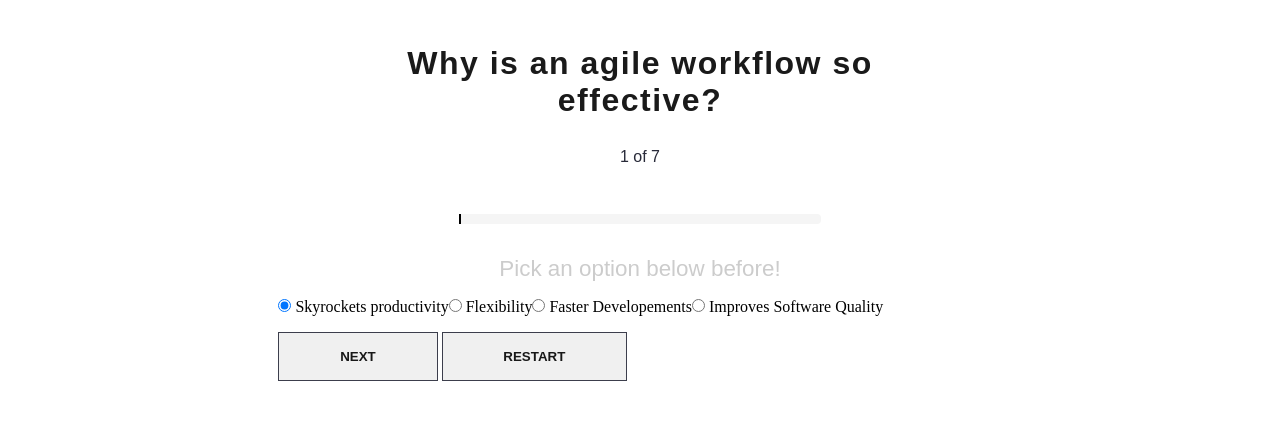
Repository: mukiSabljakovic/Quiz-APP
Page: index.html
An editor plug-in stored every save of this project. The page is shown before and after the next save, followed by the edit.
The browser window is 1280 px wide. The pictures show the whole page.
Some web fonts or font styles are not loaded; a fallback is used.

Above is the page before, as saved 2020-05-01 12:03:34.

After the next save:
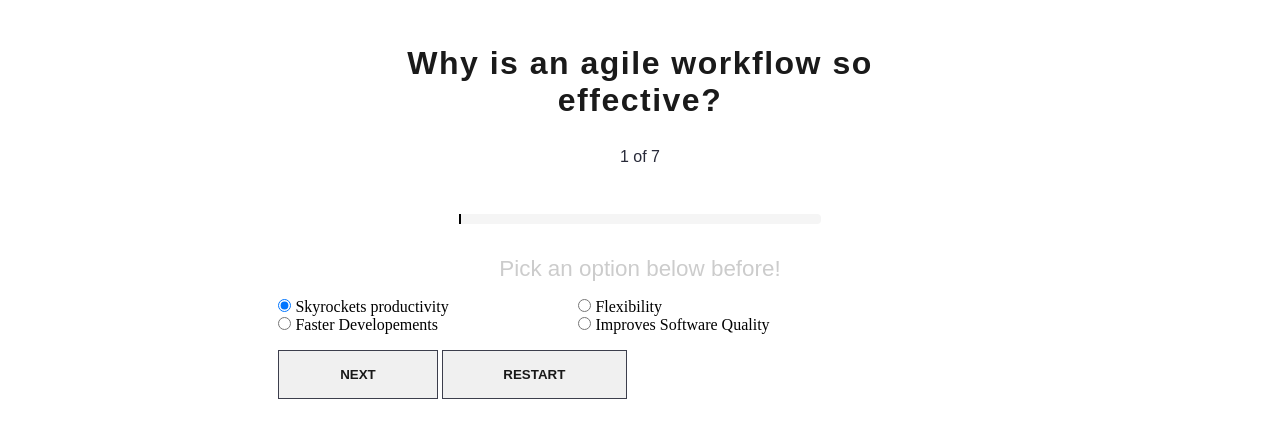
Saved 19 s later.
--- a/css/style.css
+++ b/css/style.css
@@ -100,5 +100,5 @@
 }
 
 .jabquiz__choice {
-    main-width: 300px;
+    min-width: 300px;
 }
